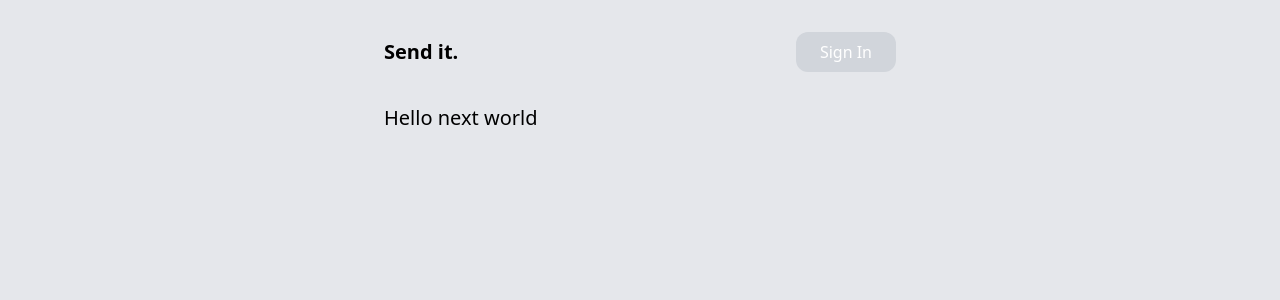
Repository: AMT98/SEND-IT
Page: /
An editor plug-in stored every save of this project. The page is shown before and after the next save, followed by the edit.
The browser window is 1280 px wide. The pictures show the whole page.
The project was rebuilt for these pictures with package versions that can differ from the ones it lists, and the page was loaded fresh each time. The framework's server and built-in components were replaced by stand-ins that run in the browser. Also part of the build but not shown: next.config.js.

Above is the page before, as saved 2023-02-14 11:41:36.

After the next save:
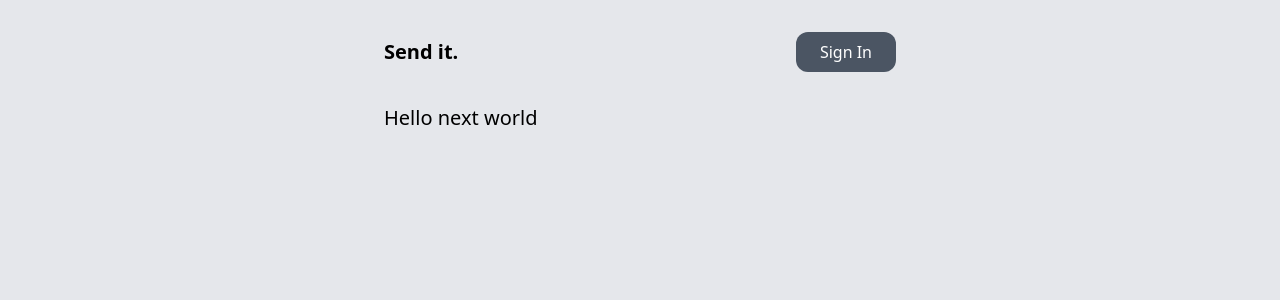
Saved 27 s later.
--- a/app/auth/Login.tsx
+++ b/app/auth/Login.tsx
@@ -4,7 +4,7 @@ import { signIn } from "next-auth/react";
 export default function Login() {
   return (
     <li className="list-none">
-      <button onClick={() => signIn()} className="text-md bg-gray-300 text-white py-2 px-6 rounded-xl disabled:opacity-25">
+      <button onClick={() => signIn()} className="text-md bg-gray-600 text-white py-2 px-6 rounded-xl disabled:opacity-25">
         Sign In
       </button>
     </li>
